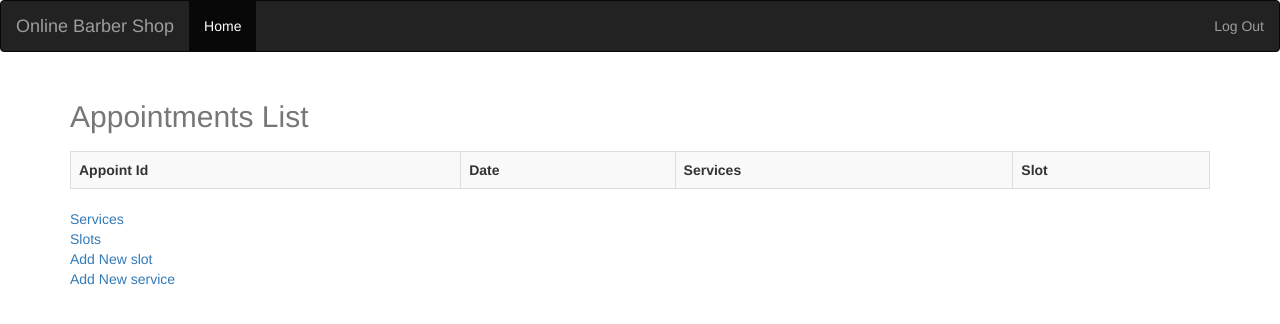
Repository: Mithil-Chavan/OnlineBarbershopManagementSystem
Page: http://localhost/OnlineBarberShop/WEB-INF/views/shopkeeper/appointments.jsp
An editor plug-in stored every save of this project. The page is shown before and after the next save, followed by the edit.
The browser window is 1280 px wide. The pictures show the whole page.
The page is served by Tomcat 9. Nobody is signed in. The template is opened directly, without the code that normally fills it, so the values that code supplies are empty.

Above is the page before, as saved 2021-03-24 20:18:58.

After the next save:
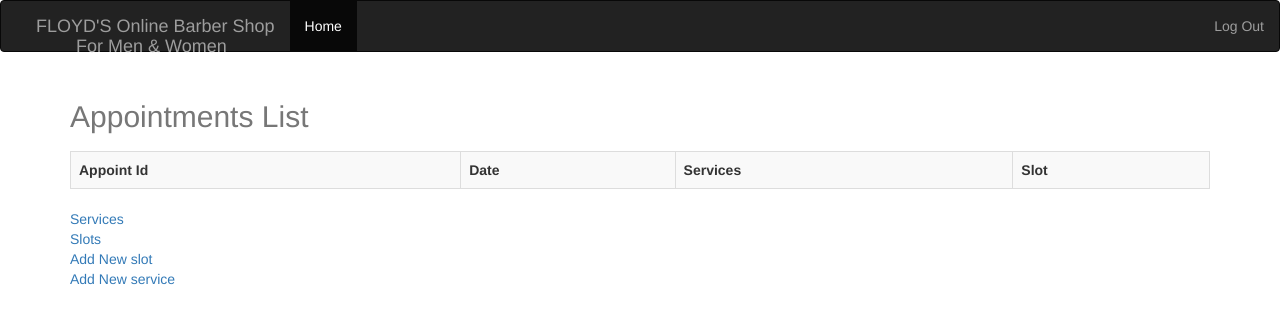
Saved 92 s later.
--- a/OnlineBarberShop/OnlineBarberShop/src/main/webapp/WEB-INF/views/shopkeeper/appointments.jsp
+++ b/OnlineBarberShop/OnlineBarberShop/src/main/webapp/WEB-INF/views/shopkeeper/appointments.jsp
@@ -39,7 +39,8 @@
 <nav class="navbar navbar-inverse">
   <div class="container-fluid">
     <div class="navbar-header">
-      <a class="navbar-brand" href="#">Online Barber Shop</a>
+      <a class="navbar-brand" > &nbsp&nbsp&nbsp FLOYD'S Online Barber Shop
+      <br>&nbsp&nbsp&nbsp&nbsp&nbsp&nbsp&nbsp&nbsp&nbsp&nbsp&nbsp For Men & Women</br> </a>
     </div>
     <ul class="nav navbar-nav">
       <li class="active"><a href="#">Home</a></li>
